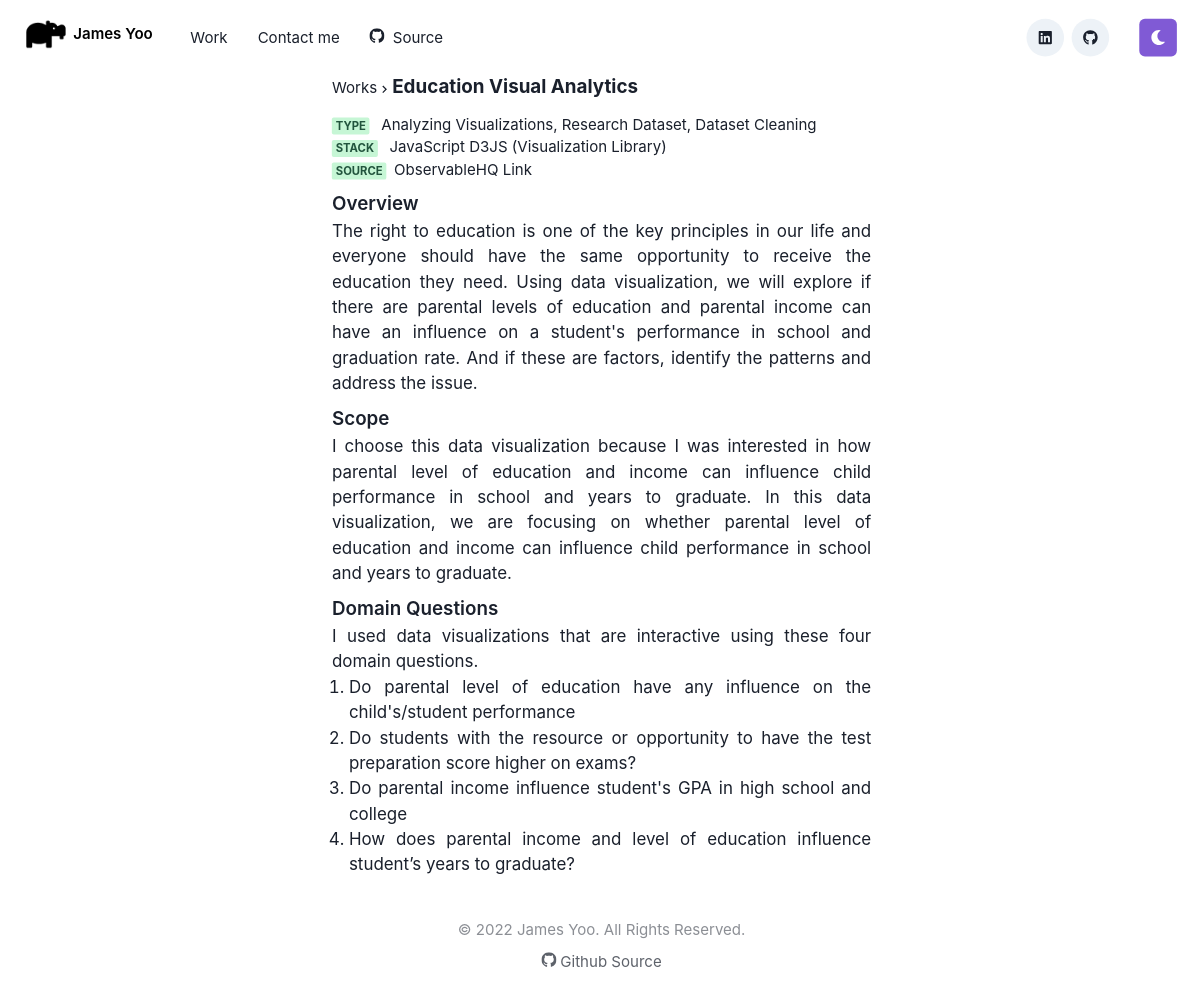
Repository: jammy729/portfolio-2022
Page: /work/educationvisualanalytics
An editor plug-in stored every save of this project. The page is shown before and after a run of saves, followed by the edit.
The browser window is 1280 px wide. The pictures show the whole page, at 94% of full size.
The project was rebuilt for these pictures with package versions that can differ from the ones it lists, and the page was loaded fresh each time. Also part of the build but not shown: src/components/home.js, src/components/contact.js, src/components/layouts/layout.js, src/components/work/work.js, src/components/work/Development/WorldInstitutionDatabase/worldinstitutiondatabase.js, src/components/work/Development/GeoMemories/geomemories.js, src/components/work/Design/ExperienceDesign/experiencedesign.js, src/components/work/Development/PersonalPortfolio/personalportfolio.js. Imported but missing from the stored project, and not drawn on this page: src/components/work/Design/FinestCup/finestcup, src/components/work/Development/WorldInstitutionDatabase/universityDatabase.mp4.

Above is the page before, as saved 2022-06-28 15:15:58.

After the next 2 saves:
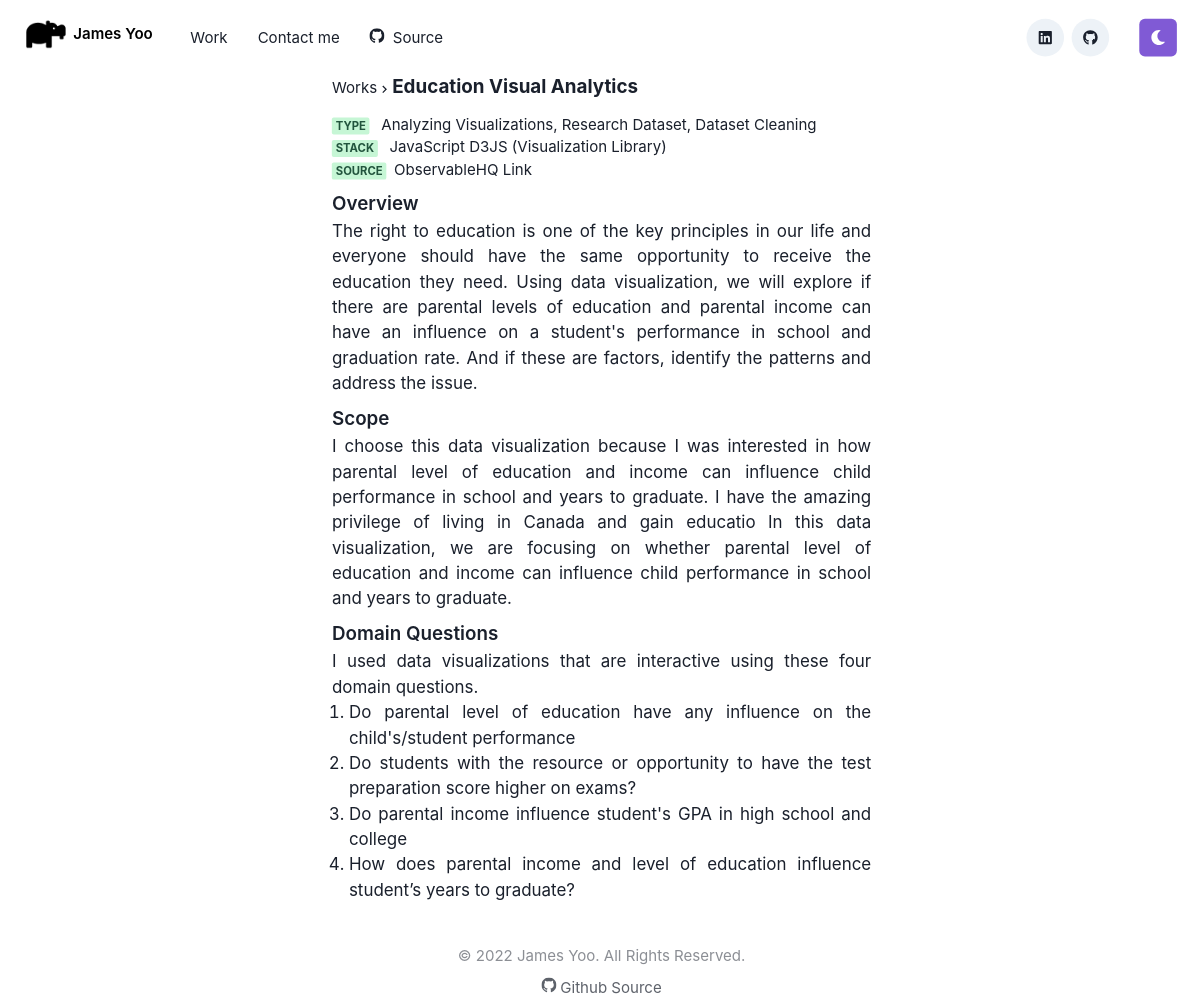
The 2 saves are shown as one change because they came seconds apart.
The last was saved 22 s later.
--- a/src/components/work/Development/EducationVisualAnalytics/educationvisualanalytics.js
+++ b/src/components/work/Development/EducationVisualAnalytics/educationvisualanalytics.js
@@ -43,7 +43,8 @@ const EducationVisualAnalytics = () => {
         <Writing size='md' title='Scope' />
         <DescriptionText>
           I choose this data visualization because I was interested in how parental level of education
-          and income can influence child performance in school and years to graduate.
+          and income can influence child performance in school and years to graduate. I have the amazing privilege of living in Canada
+          and gain educatio
           In this data visualization, we are focusing on whether parental level
           of education and income can influence child performance in school and
           years to graduate.
